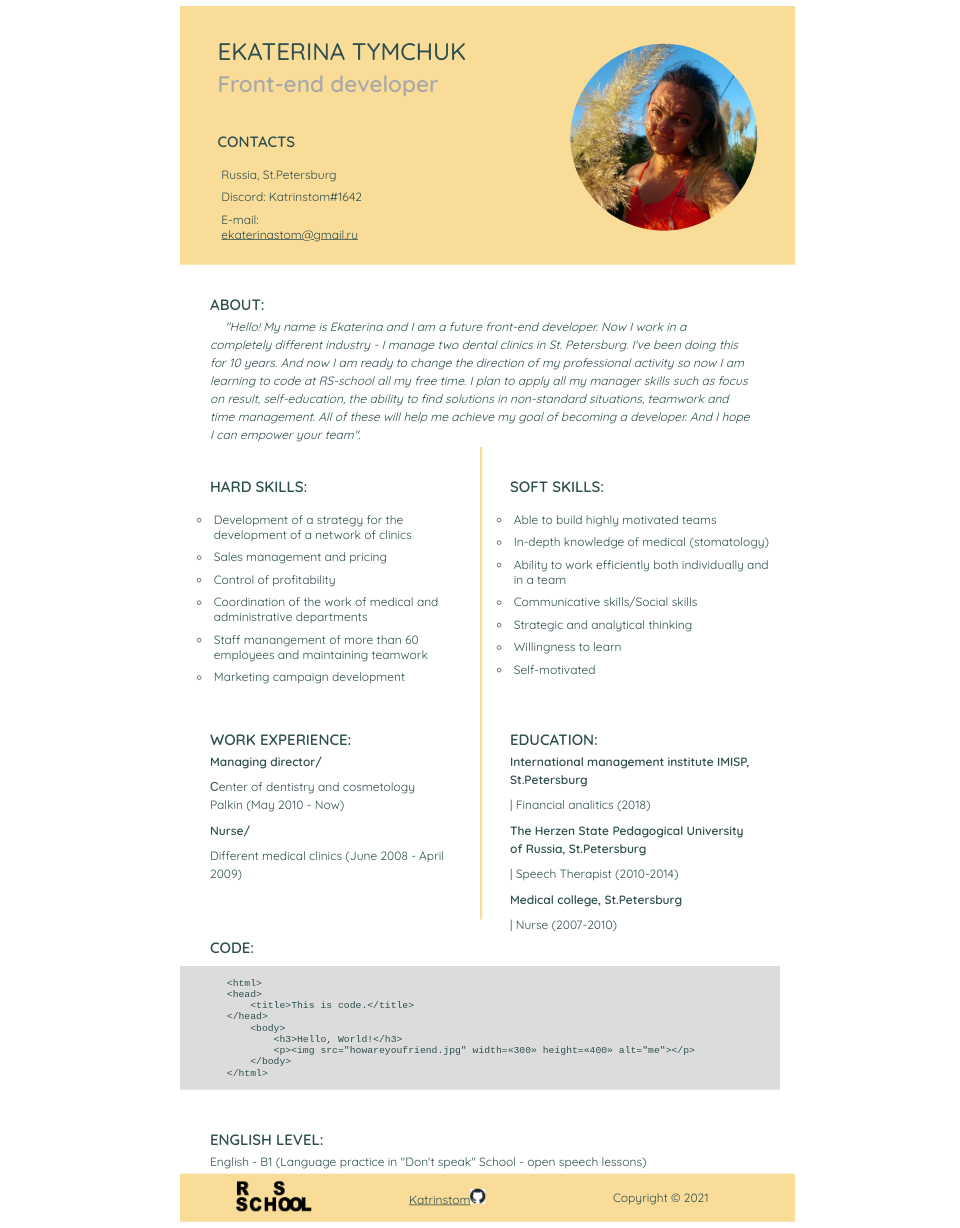
Repository: Katrinstom/rsschool-cv
Page: index.html
These files come from the project's save history. The page is drawn as it stood at one moment and after the next save; the edit follows.
The browser window is 1280 px wide. The pictures show the whole page, at 75% of full size.

Above is the page before, as saved 2022-01-02 18:34:26.

After the next save:
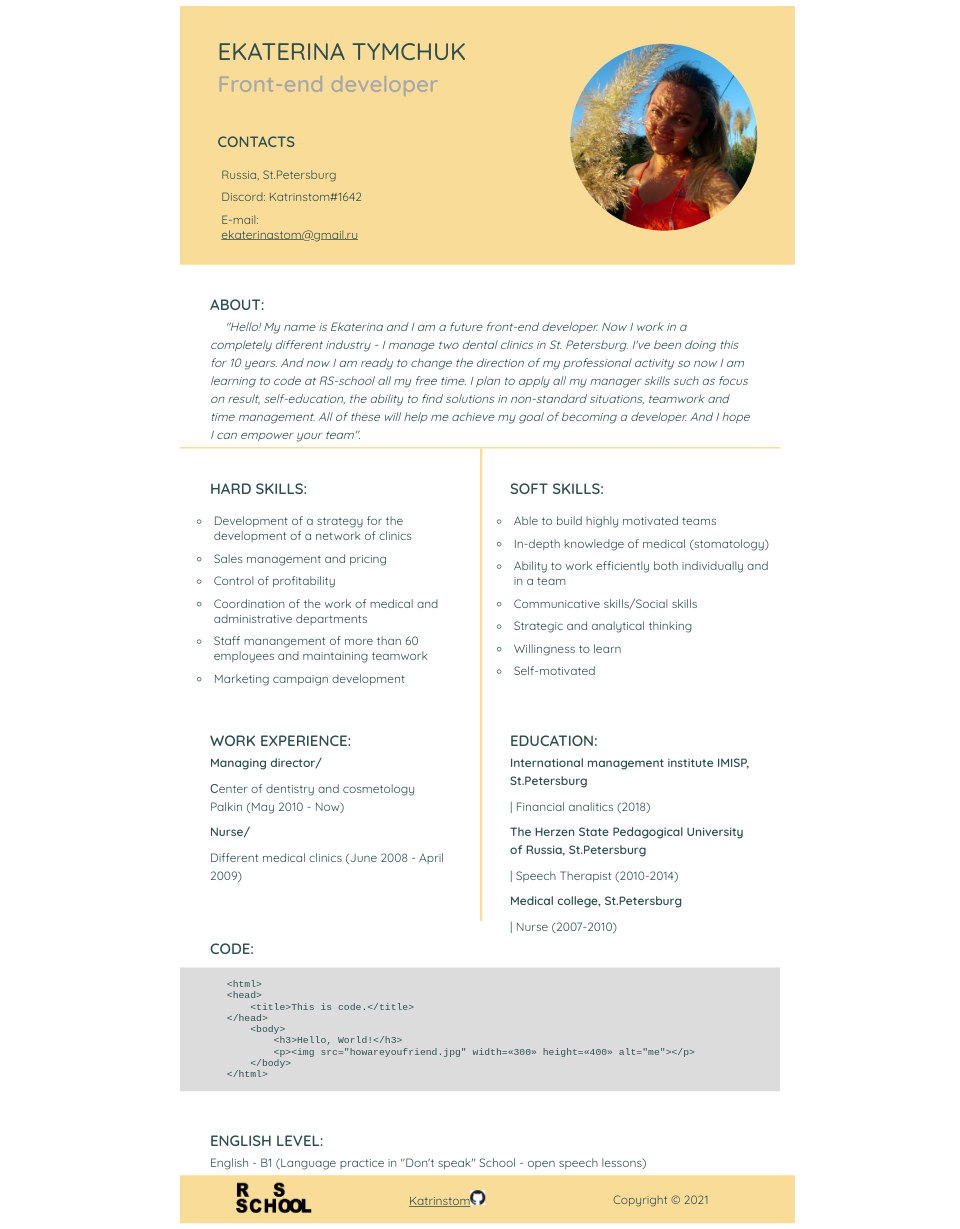
Saved 83 s later.
--- a/style.css
+++ b/style.css
@@ -61,6 +61,9 @@ li {
     font-family: 'Quicksand', sans-serif;
     margin: 0;
     padding: 5px 5px 5px;
+}
+.block1 {
+    border-bottom: solid 2px #f9dc98;
 }
 .block1 p {
     text-align: left;
